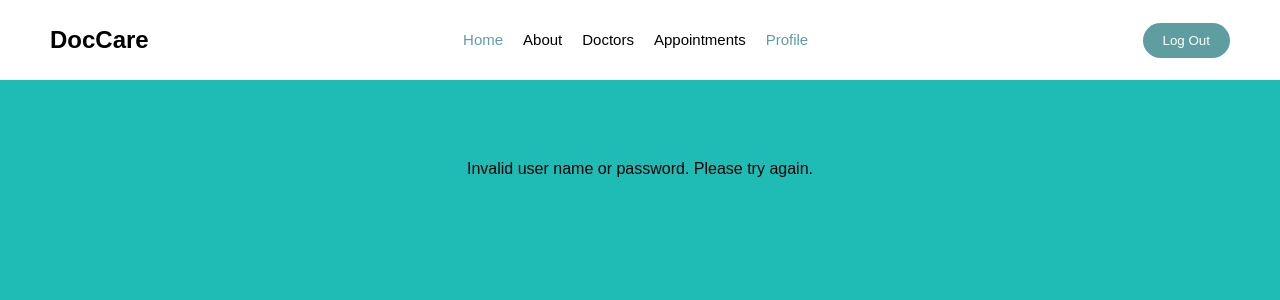
Repository: MonaliWatareka/echanneling
Page: http://localhost/PatientDemo/patientAccount.jsp
These files come from the project's save history. The page is drawn as it stood at one moment and after the next save; the edit follows.
The browser window is 1280 px wide. The pictures show the whole page.
The page is served by Tomcat 10. The template is opened directly, without the code that normally fills it, so the values that code supplies are empty.

Above is the page before, as saved 2024-10-13 04:37:25.

After the next save:
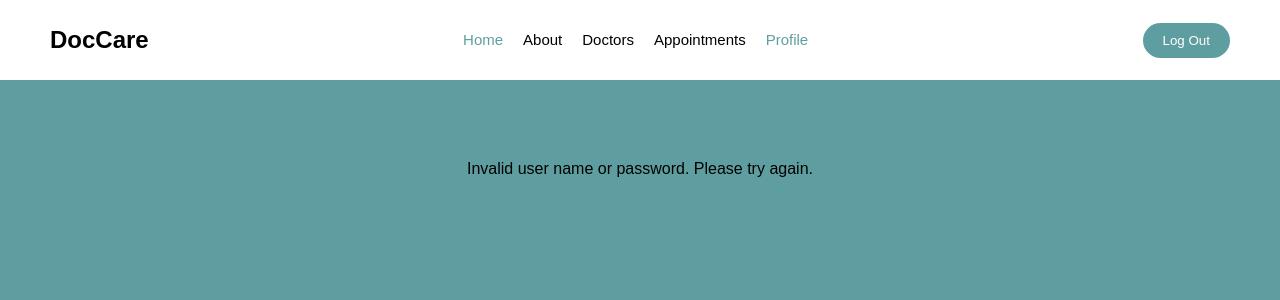
Saved 33 s later.
--- a/Project/PatientDemo/src/main/webapp/patientAccount.jsp
+++ b/Project/PatientDemo/src/main/webapp/patientAccount.jsp
@@ -11,7 +11,7 @@
     <style>
 
         body {
-            background-color: #1ebcb4;
+            background-color:  cadetblue;
 
         }
     </style>
